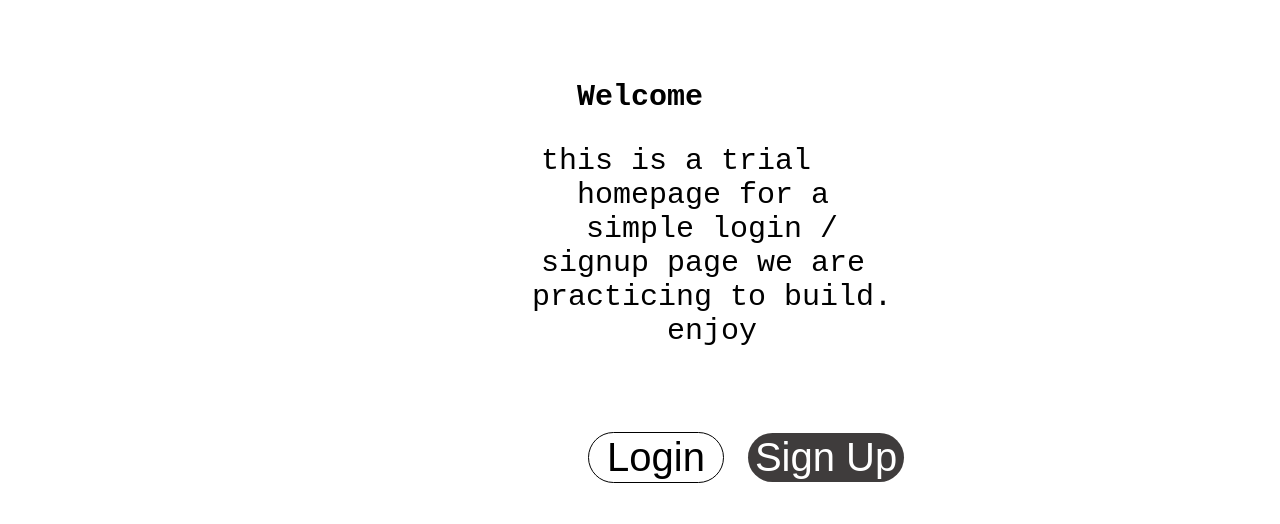
Repository: yhung004/TUTORIAL_PAGE
Page: home.html
The author's editor kept a copy of each file at every save. The page is drawn from the files as they stood at one save, then again after the next save.
The browser window is 1280 px wide. The pictures show the whole page.

Above is the page before, as saved 2024-04-10 12:46:31.

After the next save:
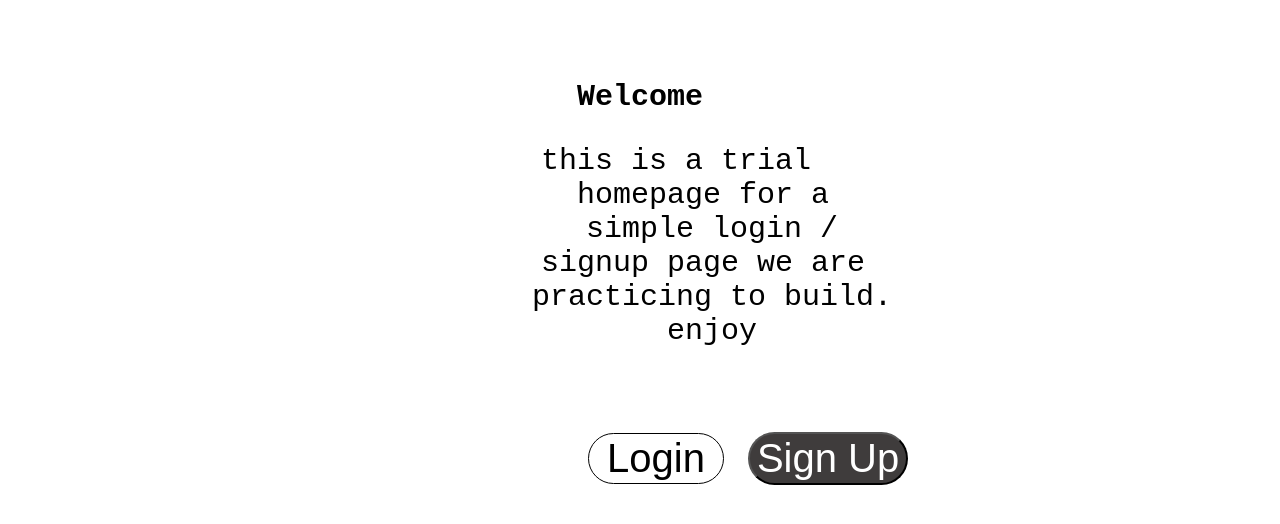
Saved 22 s later.
--- a/main.css
+++ b/main.css
@@ -23,7 +23,7 @@
 .button_b {
     position: relative;
     right: -600px;
-    border : 1px black;
+
     border-radius: 40px;
     background-color: rgb(63, 60, 60);
     color:white;
